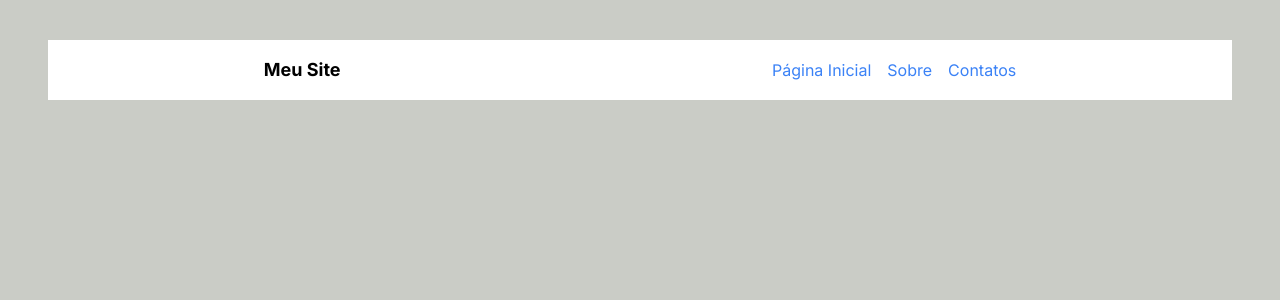
Repository: Deyvid-Kasteh/kasteh_portfolio
Page: /
An editor plug-in stored every save of this project. The page is shown before and after the next save, followed by the edit.
The browser window is 1280 px wide. The pictures show the whole page.
The project was rebuilt for these pictures with package versions that can differ from the ones it lists, and the page was loaded fresh each time. The framework's server and built-in components were replaced by stand-ins that run in the browser. Also part of the build but not shown: next.config.mjs.

Above is the page before, as saved 2024-03-24 02:15:28.

### src/app/layout.tsx
import type { Metadata } from "next";
import { Inter } from "next/font/google";
import "./globals.css";

const inter = Inter({ subsets: ["latin"] });

export const metadata: Metadata = {
  title: "Create Next App",
  description: "Generated by create next app",
};

export default function RootLayout({
  children,
}: Readonly<{
  children: React.ReactNode;
}>) {
  return (
    <html lang="pt-br">
      <body
        className={`bg-customGrayBG ${inter.className} p-4 sm:p-6 md:p-8 lg:p-10 xl:px-12 pt-6`}
      >
        {children}
      </body>
    </html>
  );
}

### src/app/page.tsx
import Header from "./components/header";

export default function Home() {
  return (
    <>
      <Header />
      <main></main>
      <footer></footer>
    </>
    // <main className="bg-neutral-200 flex min-h-screen flex-col items-center justify-between p-24">

    // </main>
  );
}

### src/app/globals.css
@tailwind base;
@tailwind components;
@tailwind utilities;

:root {
  --foreground-rgb: 0, 0, 0;
  --background-start-rgb: 214, 219, 220;
  --background-end-rgb: 0, 0, 0;
}

/* @media (prefers-color-scheme: dark) {
  :root {
    --foreground-rgb: 255, 255, 255;
    --background-start-rgb: 0, 0, 0;
    --background-end-rgb: 0, 0, 0;
  }
} */

body {
  color: rgb(var(--foreground-rgb));
  /* background: linear-gradient(
      to bottom,
      transparent,
      rgb(var(--background-end-rgb))
    )
    rgb(var(--background-start-rgb)); */
}



@layer utilities {
  .text-balance {
    text-wrap: balance;
  }
}

### src/app/components/header.tsx
import React from "react";

const Header: React.FC = () => {
  return (
    <header className="flex justify-around items-center py-4 bg-white">
      <h1 className="text-lg font-bold">Meu Site</h1>
      <nav>
        <ul className="flex space-x-4">
          <li>
            <a href="#" className="text-blue-500 hover:text-blue-700">
              Página Inicial
            </a>
          </li>
          <li>
            <a href="#" className="text-blue-500 hover:text-blue-700">
              Sobre
            </a>
          </li>
          <li>
            <a href="#" className="text-blue-500 hover:text-blue-700">
              Contatos
            </a>
          </li>
        </ul>
      </nav>
    </header>
  );
};

export default Header;

### tailwind.config.ts
import type { Config } from "tailwindcss";

const config: Config = {
  content: [
    "./src/pages/**/*.{js,ts,jsx,tsx,mdx}",
    "./src/components/**/*.{js,ts,jsx,tsx,mdx}",
    "./src/app/**/*.{js,ts,jsx,tsx,mdx}",
  ],
  theme: {
    extend: {
      backgroundImage: {
        "gradient-radial": "radial-gradient(var(--tw-gradient-stops))",
        "gradient-conic":
          "conic-gradient(from 180deg at 50% 50%, var(--tw-gradient-stops))",
      },
      colors: {
        customGrayBG: "#CACCC6", // Definindo o background color
        customGrayComponents: "#CACCC6",
      },
    },
  },
  plugins: [],
};
export default config;

After the next save:
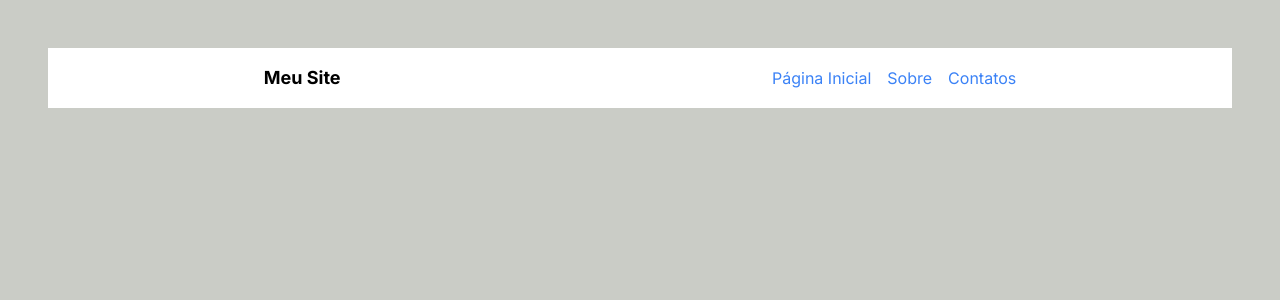
Saved 5 s later.
--- a/src/app/layout.tsx
+++ b/src/app/layout.tsx
@@ -17,7 +17,7 @@ export default function RootLayout({
   return (
     <html lang="pt-br">
       <body
-        className={`bg-customGrayBG ${inter.className} p-4 sm:p-6 md:p-8 lg:p-10 xl:px-12 pt-6`}
+        className={`bg-customGrayBG ${inter.className} p-4 sm:p-6 md:p-8 lg:p-10 xl:p-12 pt-6`}
       >
         {children}
       </body>
